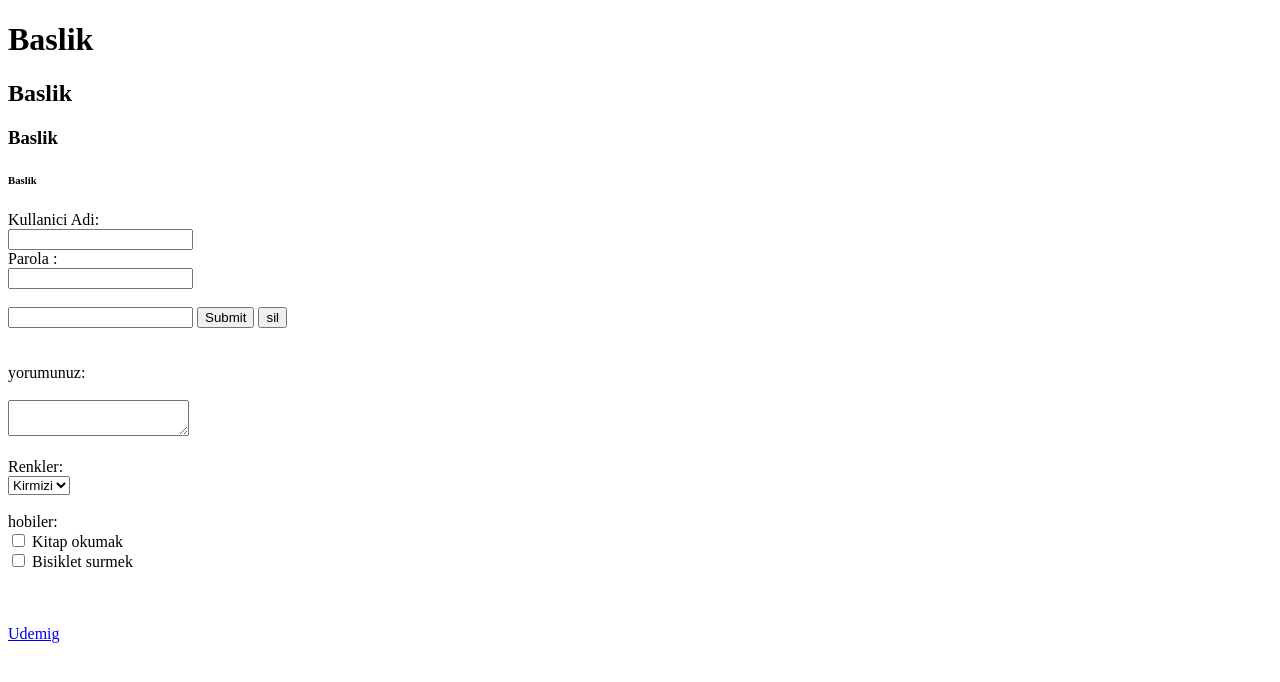
Repository: Kubraaygun/Html_Css_Login
Page: index.html
The author's editor kept a copy of each file at every save. The page is drawn from the files as they stood at one save, then again after the next save.
The browser window is 1280 px wide. The pictures show the whole page.

Above is the page before, as saved 2025-03-02 20:34:01.

### index.html
<!DOCTYPE html>
<html lang="en">
  <head>
    <meta charset="UTF-8" />
    <meta name="viewport" content="width=device-width, initial-scale=1.0" />
    <title>HTML</title>
  </head>

  <body>
    <h1>Baslik</h1>
    <h2>Baslik</h2>
    <h3>Baslik</h3>
    <h6>Baslik</h6>

    <!-- <p>
      Lorem ipsum dolor sit amet, consectetur adipisicing elit. Aut obcaecati
      vitae ab dolore, magni repudiandae? Impedit earum maxime in mollitia
      aspernatur qui voluptates veritatis quis praesentium. Iusto nam corporis
      dolores.
    </p>
    <br />
    Merhaba Dunya <br />
    Merhaba Dunya
    <br />
    <b>Merhaba Dunya</b>
    <br />
    <strong>Merhaba Dunya</strong>

    <u>Alti Cizgili</u>
    <br />
    <del>UstuCizgili</del>
    <i>Italik</i>
    <em>Itali Vurgulu</em>
    <br />
    <br />
    H<sub>2</sub>0
    <br />
    <br />
    2<sup>2</sup> -->

    <form>
      Kullanici Adi: <br />
      <input required type="text" /><br />
      Parola :<br />
      <input type="password" />
      <br />
      <br />
      <input type="number" />
      <input type="submit" value="Submit" />

      <input type="reset" value="sil" />
      <br /><br /><br />
      yorumunuz:<br /><br />
      <textarea></textarea>
      <br /><br />

      Renkler:<br />
      <select>
        <option value="Kirmizi">Kirmizi</option>
        <option>Mavi</option>
        <option>Mor</option>
      </select>
      <br /><br />

      hobiler:<br />

      <input type="checkbox" /> Kitap okumak
      <br />
      <input type="checkbox" /> Bisiklet surmek <br /><br />
      <br /><br />
      <a href="https:/udemig.com" target="_blank">Udemig</a>
    </form>
  </body>
</html>

After the next save:
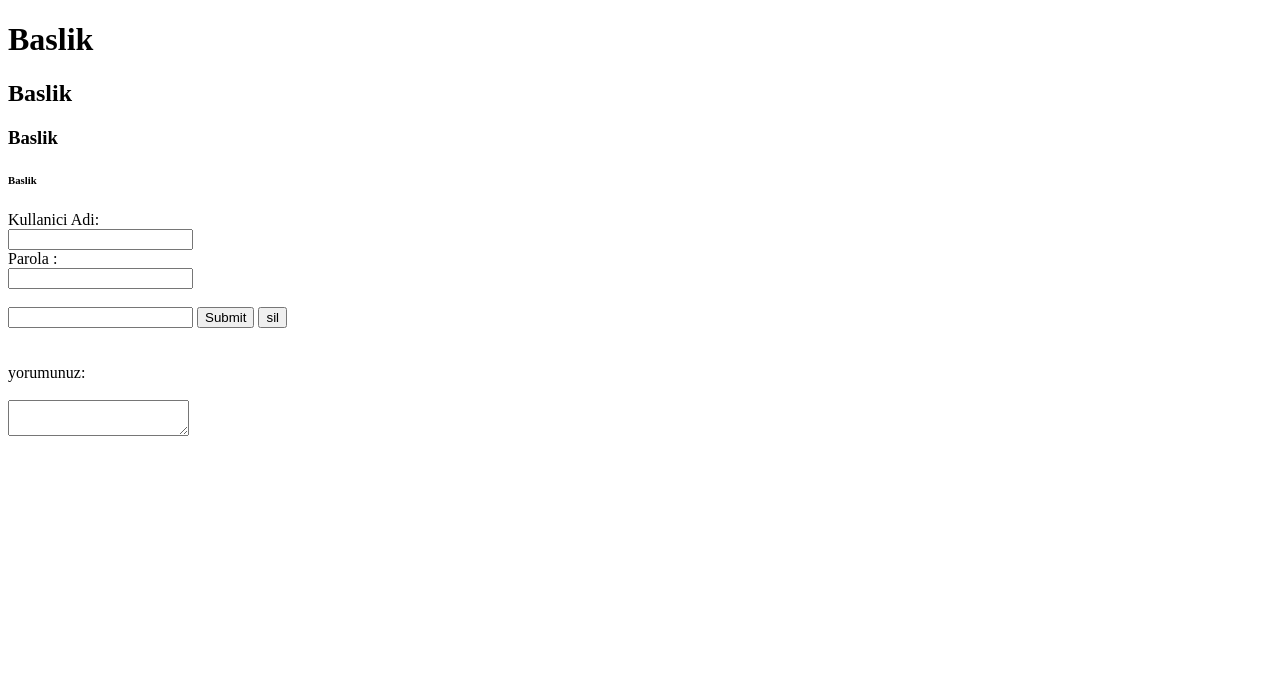
Saved 7 s later.
--- a/index.html
+++ b/index.html
@@ -54,7 +54,7 @@
       <textarea></textarea>
       <br /><br />
 
-      Renkler:<br />
+      <!-- Renkler:<br />
       <select>
         <option value="Kirmizi">Kirmizi</option>
         <option>Mavi</option>
@@ -68,7 +68,7 @@
       <br />
       <input type="checkbox" /> Bisiklet surmek <br /><br />
       <br /><br />
-      <a href="https:/udemig.com" target="_blank">Udemig</a>
+      <a href="https:/udemig.com" target="_blank">Udemig</a> -->
     </form>
   </body>
 </html>
